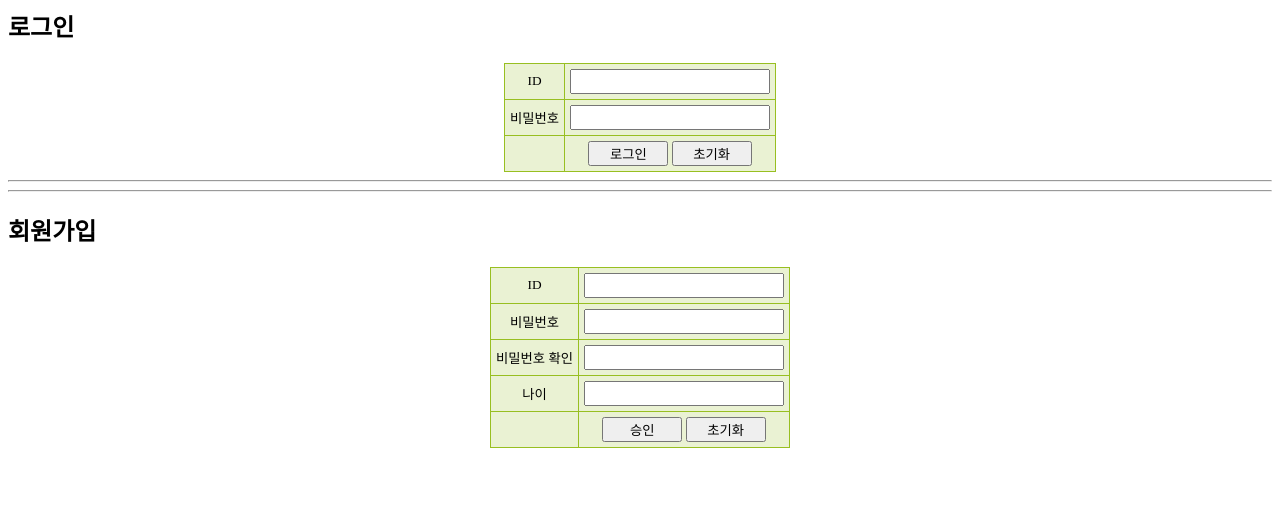
Repository: lmcoa15/Movie
Page: http://localhost/movie/user/user_login.jsp
The author's editor kept a copy of each file at every save. The page is drawn from the files as they stood at one save, then again after the next save.
The browser window is 1280 px wide. The pictures show the whole page.
The page is served by Tomcat 9.

Above is the page before, as saved 2015-12-07 17:14:27.

After the next save:
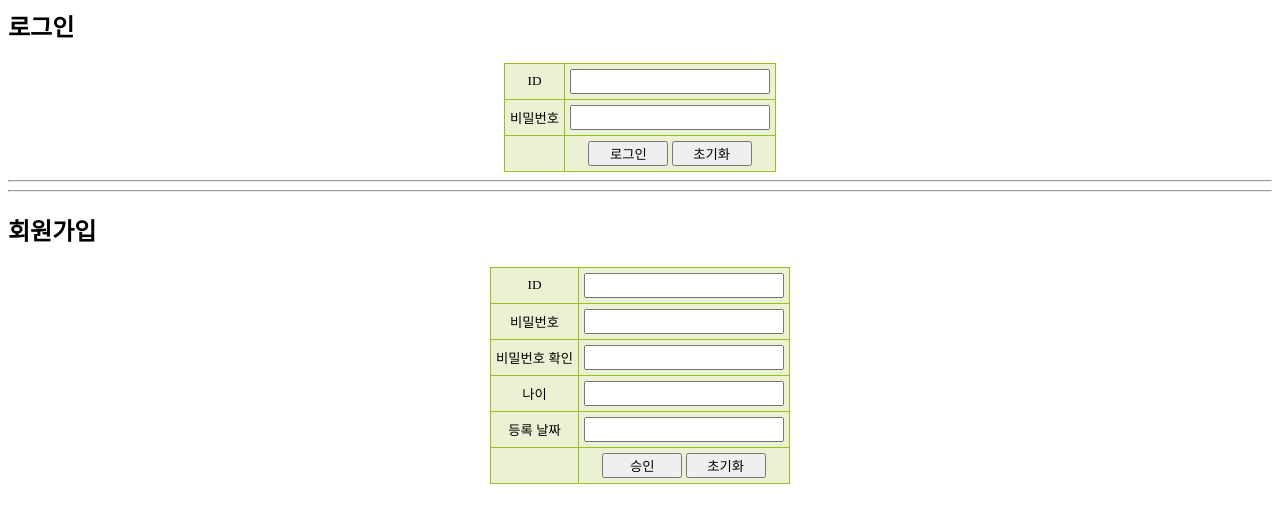
Saved 4 min 46 s later.
--- a/workspace/movie/WebContent/user/user_login.jsp
+++ b/workspace/movie/WebContent/user/user_login.jsp
@@ -1,5 +1,5 @@
-<%@ page language="java" contentType="text/html; charset=UTF-8"
-    pageEncoding="UTF-8"%>
+<%@ page language="java" contentType="text/html; charset=UTF-8" pageEncoding="UTF-8"
+	import="java.util.*,movie.admin.*" %>
     <link rel="stylesheet" href="../css/movie_list_css.css" type="text/css" media="screen" />
 <!DOCTYPE html PUBLIC "-//W3C//DTD HTML 4.01 Transitional//EN" "http://www.w3.org/TR/html4/loose.dtd">
 <html>
@@ -15,12 +15,12 @@
 
 	<tr>
 		<td>ID</td>
-		<td><input type="text" name="user_id" size=10></td>
+		<td><input type="text" name="id_mem" size=10></td>
 	</tr>
 
 	<tr>
 		<td>비밀번호</td>
-		<td><input type="password" name="user_password" size=10></td>
+		<td><input type="password" name="password" size=10></td>
 	</tr>
 
 	<tr>
@@ -32,6 +32,7 @@
 </table>
 
 <hr><hr>
+
 <h2>회원가입</h2>
 	<form method ="post" action="" name="form2">
 	<table width="250" border="1"align="center" cellspacing="0"
@@ -39,22 +40,27 @@
 
 	<tr>
 		<td>ID</td>
-		<td><input type="text" name="join_user_id" size=10></td>
+		<td><input type="text" name="id_mem" size=10></td>
 	</tr>
 
 	<tr>
 		<td>비밀번호</td>
-		<td><input type="password" name="join_user_password" size=10></td>
+		<td><input type="password" name="password" size=10></td>
 	</tr>
 
 	<tr>
 		<td>비밀번호 확인</td>
-		<td><input type="password" name="join_user_password_check" size=10></td>
+		<td><input type="password" name="password_confirm" size=10></td>
 	</tr>
 
 	<tr>
 		<td>나이</td>
-		<td><input type="password" name="join_user_age" size=10></td>
+		<td><input type="text" name="age_mem" size=10></td>
+	</tr>
+
+	<tr>
+		<td>등록 날짜</td>
+		<td><input type="text" name="rdate" size=10></td>
 	</tr>
 
 	<tr>
